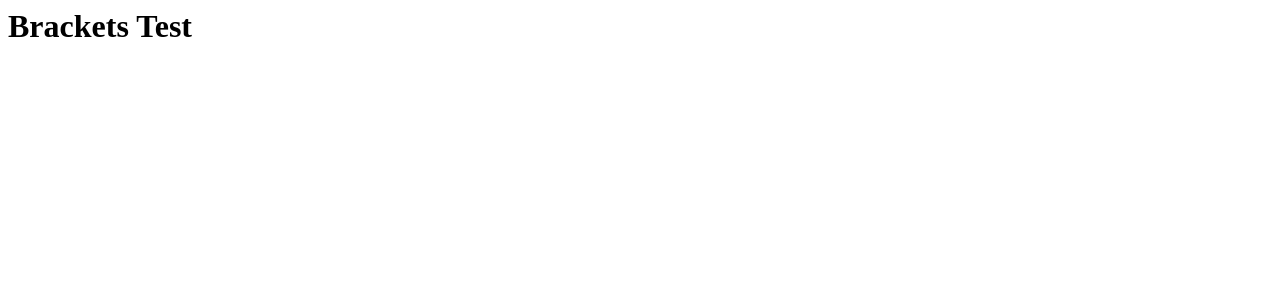
Repository: PGVlasov/braces
Page: index.html
These files come from the project's save history. The page is drawn as it stood at one moment and after the next save; the edit follows.
The browser window is 1280 px wide. The pictures show the whole page.

Above is the page before, as saved 2021-04-06 11:32:06.

After the next save:
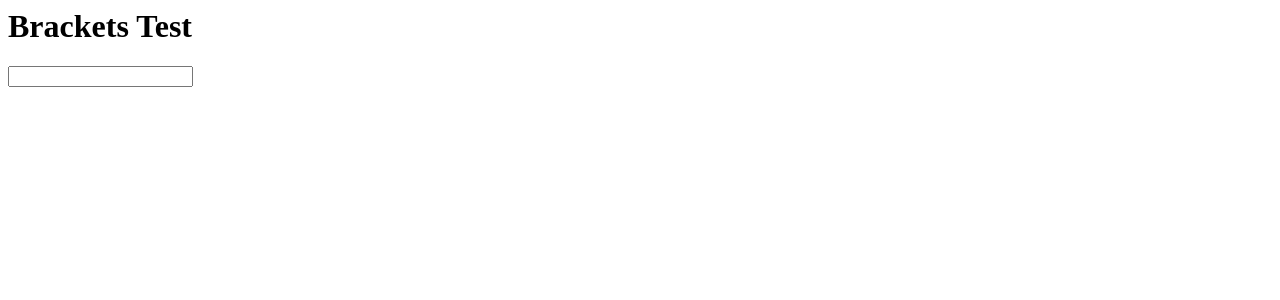
Saved 24 s later.
--- a/index.html
+++ b/index.html
@@ -1,3 +1,4 @@
 <body>
   <h1>Brackets Test</h1>
+  <input class="test" />
 </body>
